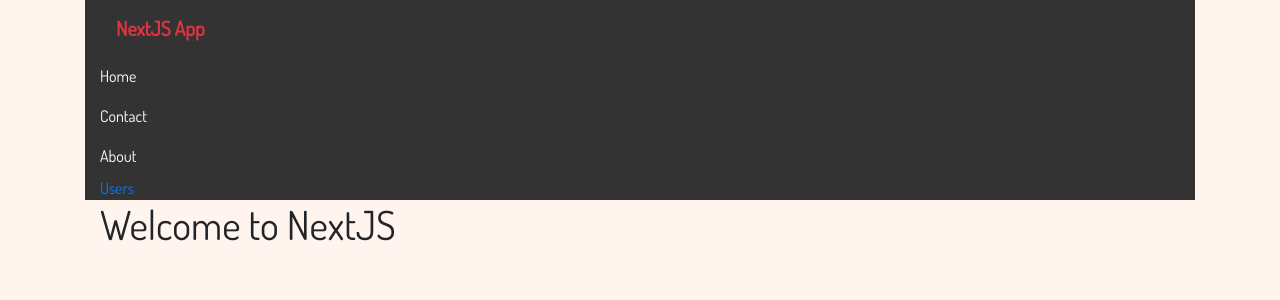
Repository: CaptainStorm21/NextJS-React16
Page: /
These files come from the project's save history. The page is drawn as it stood at one moment and after the next save; the edit follows.
The browser window is 1280 px wide. The pictures show the whole page.
The page's requests for data from a server got no answer. The project was rebuilt for these pictures with package versions that can differ from the ones it lists, and the page was loaded fresh each time. The framework's server and built-in components were replaced by stand-ins that run in the browser. No one was signed in, and anything a server would have sent is missing. Also part of the build but not shown: styles/main.css.

Above is the page before, as saved 2020-06-10 17:36:40.

After the next save:
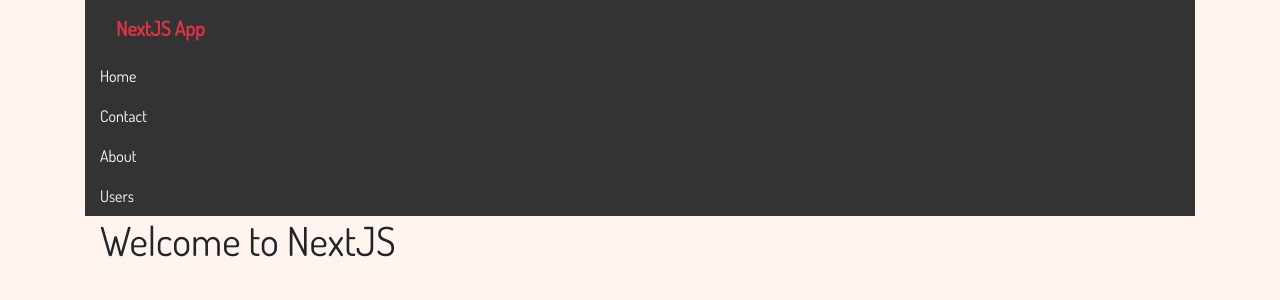
Saved 4 s later.
--- a/components/includes/Header.js
+++ b/components/includes/Header.js
@@ -23,7 +23,7 @@ const Header = () => (
               <a className="nav-item nav-link">About</a>
             </Link>
             <Link href="/users">
-              <a>Users</a>
+              <a className="nav-item nav-link">Users</a>
             </Link>
           </div>
         </div>
